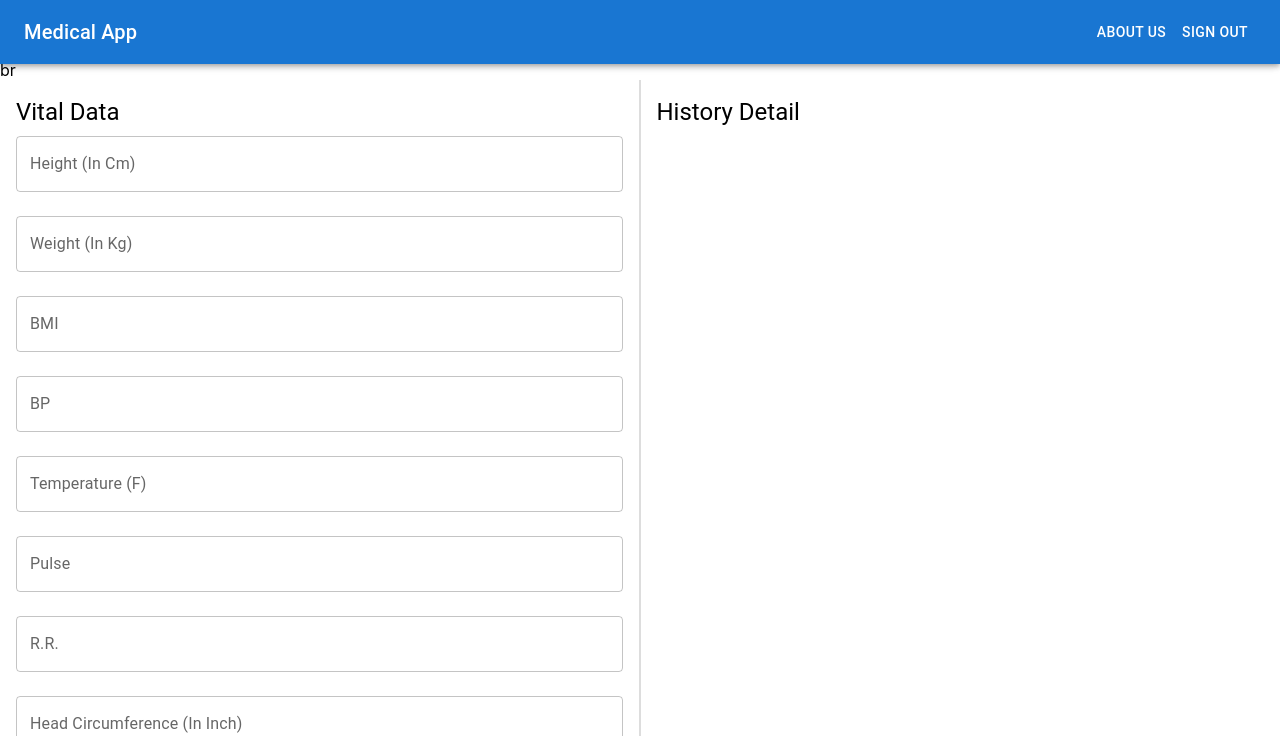
Repository: sshaiv/demo_project
Page: /
An editor plug-in stored every save of this project. The page is shown before and after the next save, followed by the edit.
The browser window is 1280 px wide. The pictures show the whole page.
An inner scrolling area shows only its first screen. The project was rebuilt for these pictures with package versions that can differ from the ones it lists, and the page was loaded fresh each time.

Above is the page before, as saved 2024-08-12 20:19:26.

After the next save:
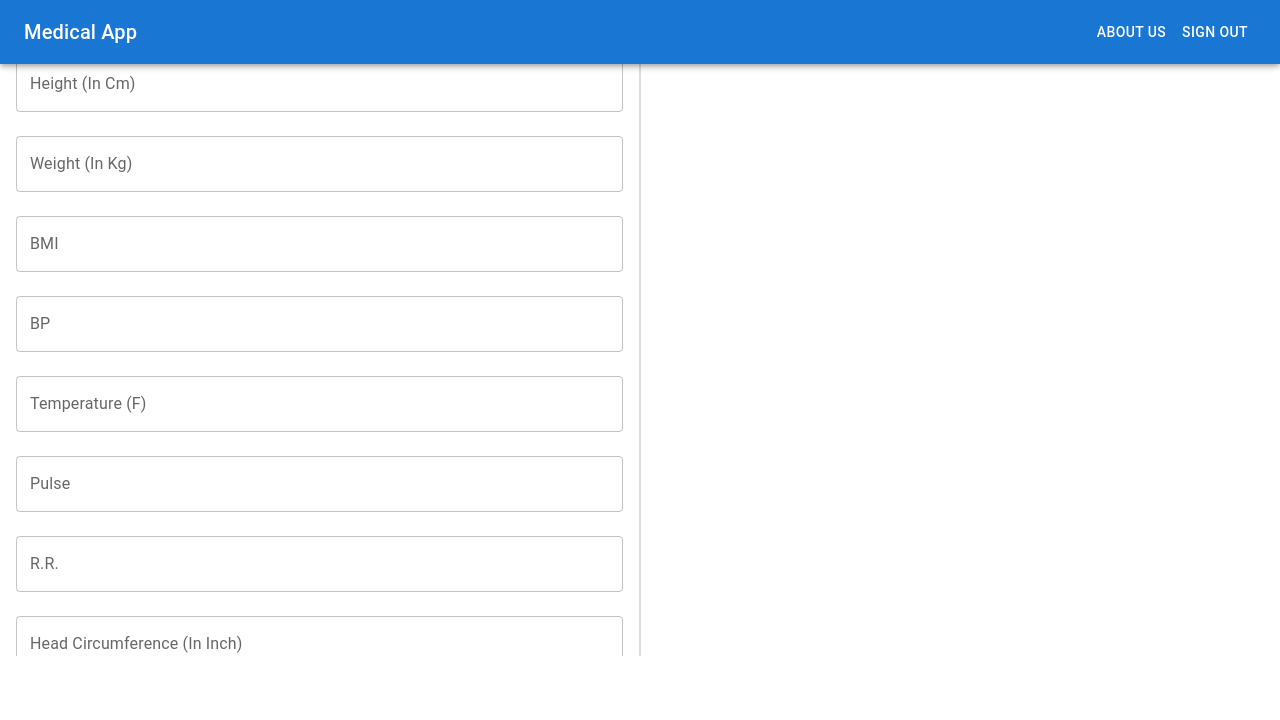
Saved 4 s later.
--- a/src/App.js
+++ b/src/App.js
@@ -9,7 +9,7 @@ const App = () => {
   return (
     <div>
       <Header /> {/* Include your header if you have one */}
-     <br /><br /><br />br
+
       <Box
         sx={{
           display: 'flex',
